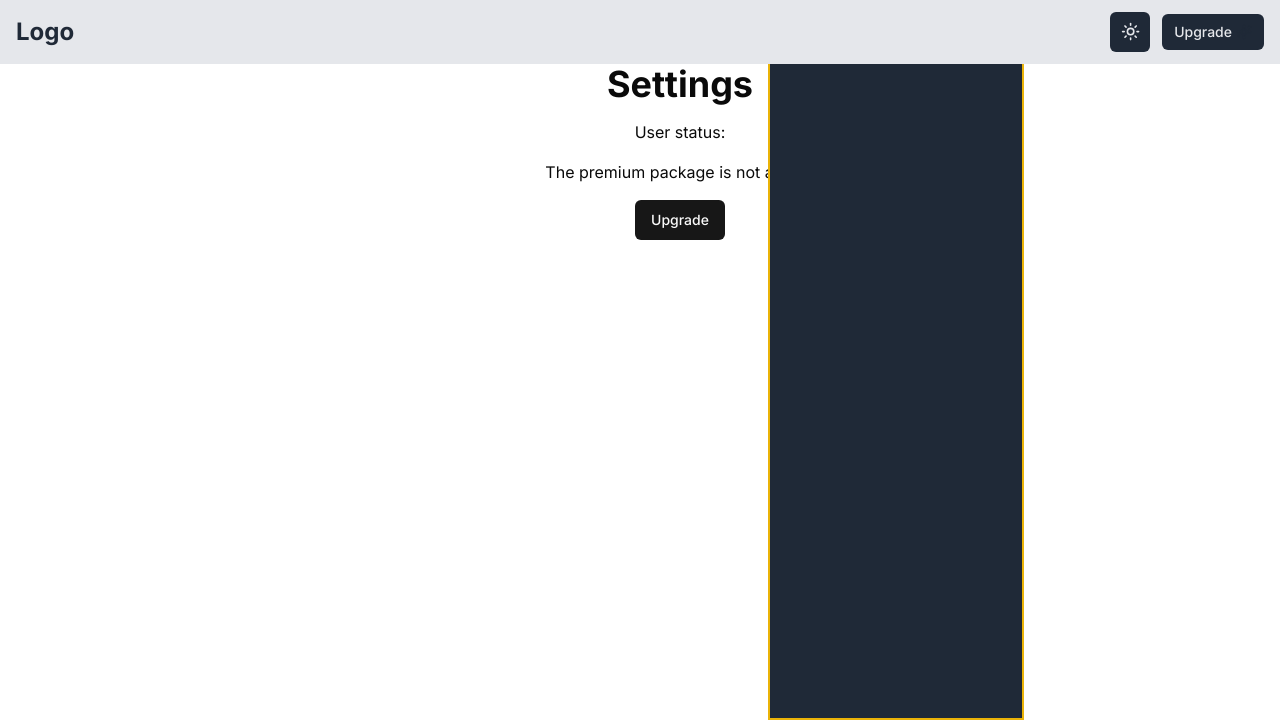
Repository: michalmilek/AI-companion-bot
Page: /settings
An editor plug-in stored every save of this project. The page is shown before and after the next save, followed by the edit.
The browser window is 1280 px wide. The pictures show the whole page.
The page's requests for data from a server got no answer. The project was rebuilt for these pictures with package versions that can differ from the ones it lists, and the page was loaded fresh each time. Some packages were replaced by stand-ins written for this rebuild. The framework's server and built-in components were replaced by stand-ins that run in the browser. No one was signed in, and anything a server would have sent is missing. Also part of the build but not shown: next.config.js. Imported but missing from the stored project, and not drawn on this page: lib/prismadb.

Above is the page before, as saved 2023-10-10 15:25:19.

After the next save:
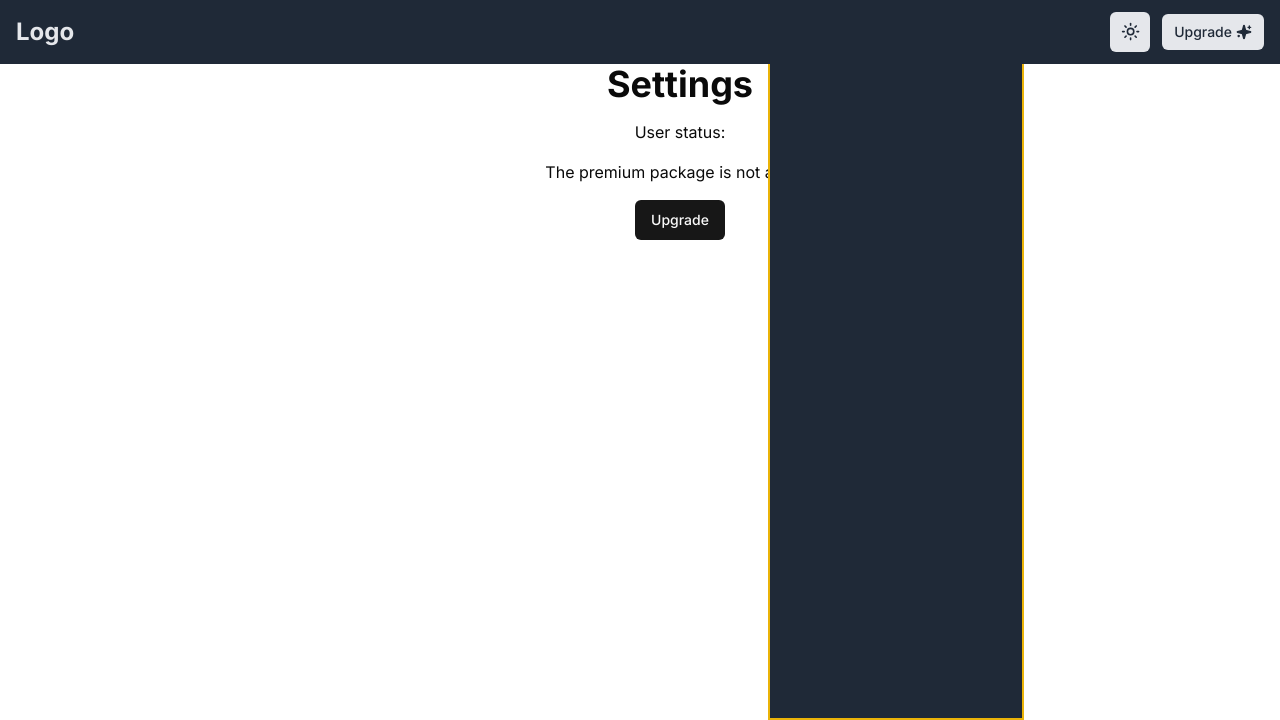
Saved 36 s later.
--- a/app/layout.tsx
+++ b/app/layout.tsx
@@ -22,7 +22,7 @@ export default function RootLayout({
         <body className={inter.className}>
           <ThemeProvider
             attribute="class"
-            defaultTheme="system"
+            defaultTheme="light"
             enableSystem
             disableTransitionOnChange>
             {children}
